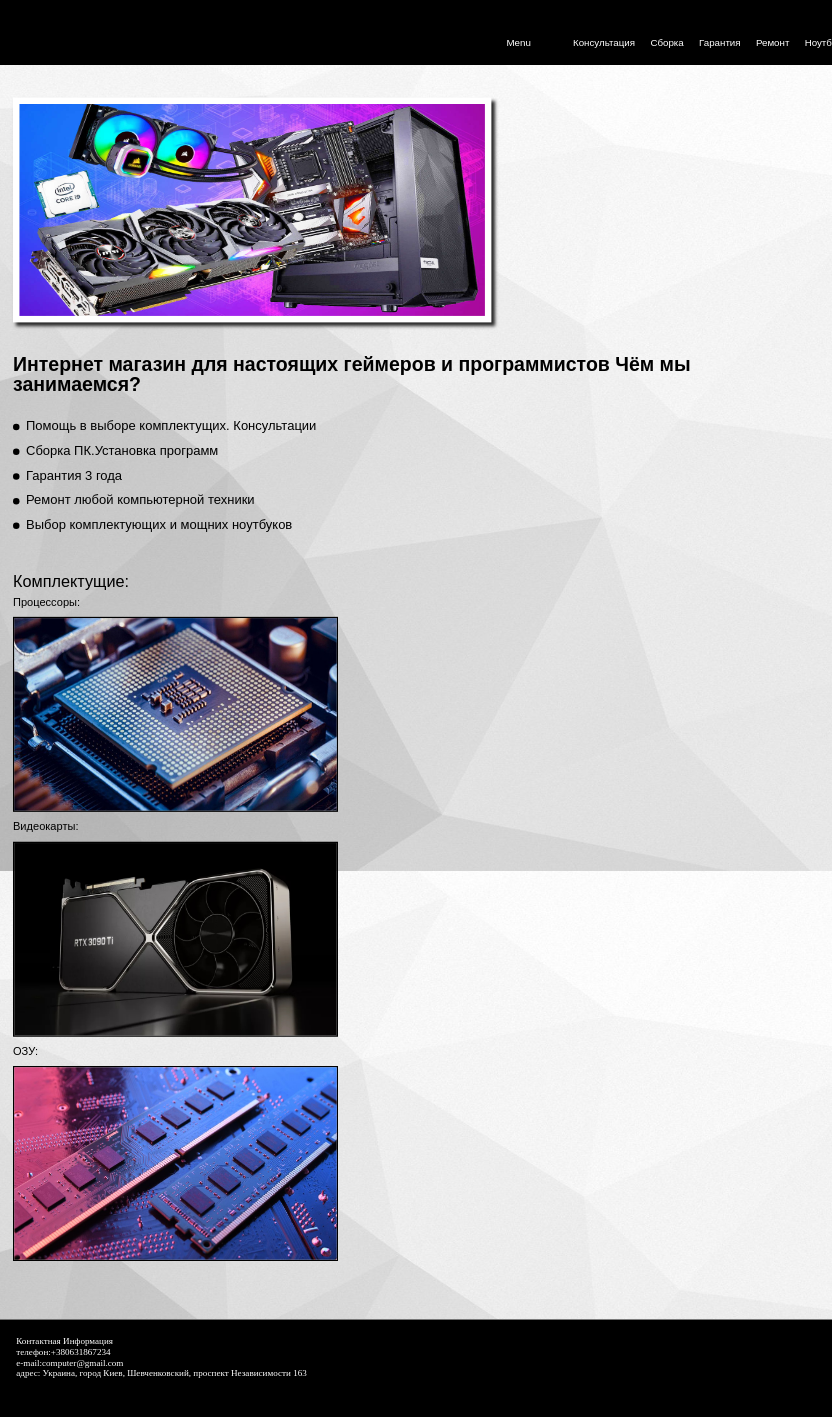
Repository: Bohdan-Sandovenko/First-Project-Flex
Page: index.html
These files come from the project's save history. The page is drawn as it stood at one moment and after the next save; the edit follows.
The browser window is 1280 px wide. The pictures show the whole page, at 65% of full size.
The style sheet was rebuilt from its Sass, Less or Tailwind sources for each picture, by a compiler version that may differ from the author's.

Above is the page before, as saved 2024-07-29 13:14:33.

After the next save:
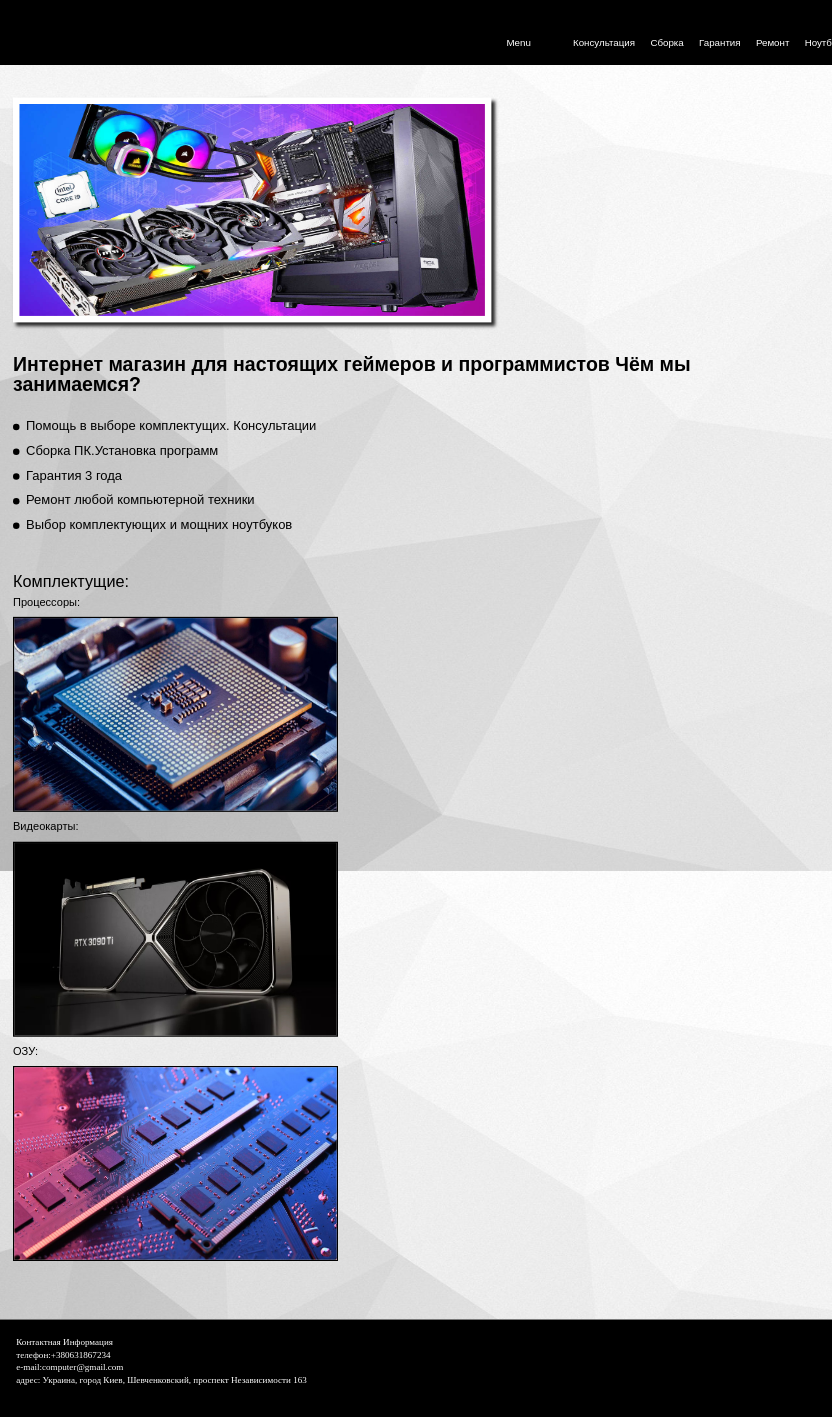
Saved 7 s later.
--- a/css/style.scss
+++ b/css/style.scss
@@ -174,5 +174,5 @@
     background-color: black;
     color: $color-white;
     padding: 25px 0px 50px 25px;
-    line-height: 1.2;
+    line-height: 1.4;
 }
